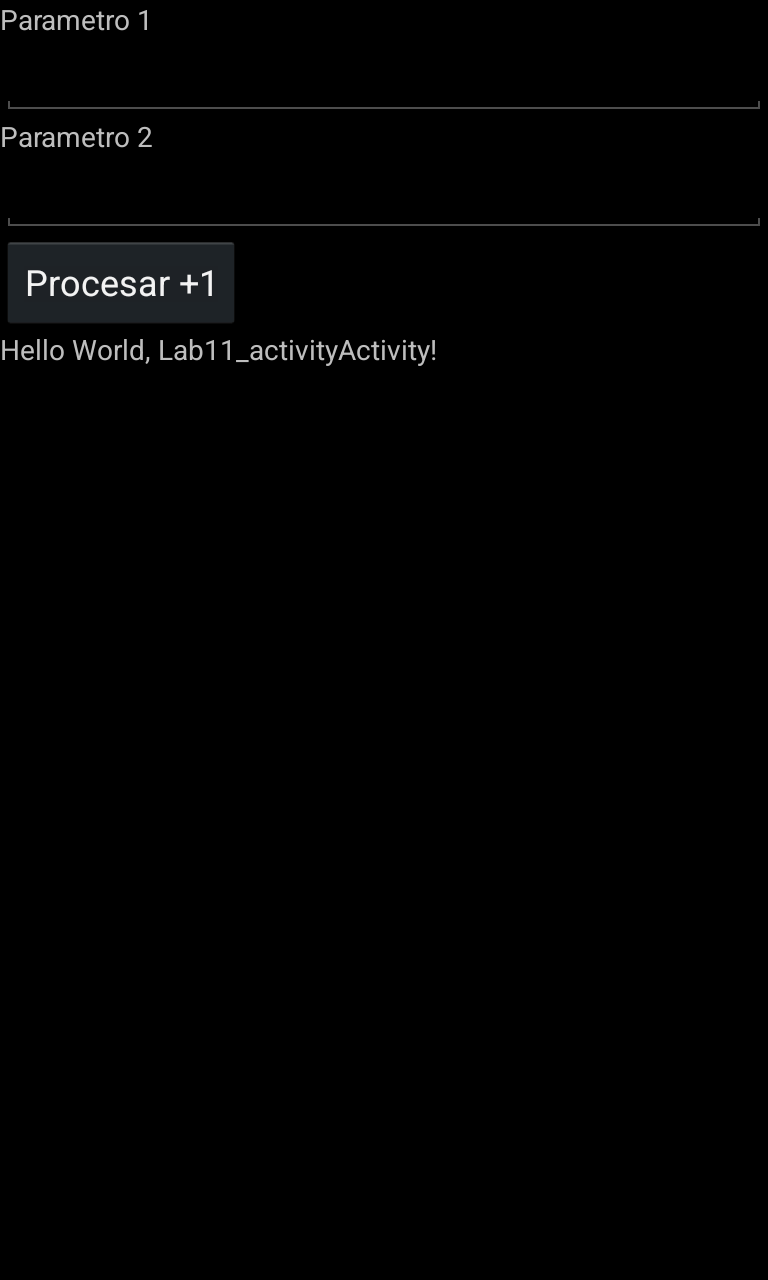
Repository: dorisserruto/un_exercises
Layout: javaandroid/Recursos/workspace-profe/lab11_activity/res/layout/main.xml
The author's editor kept a copy of each file at every save. The layout is drawn from the files as they stood at one save, then again after the next save.
It is drawn on a 768 x 1280 px phone screen (xhdpi) without system bars, with theme android:Theme.Holo; the app's code is not run.

Above is the layout before, as saved 2012-06-24 00:16:00.

After the next save:
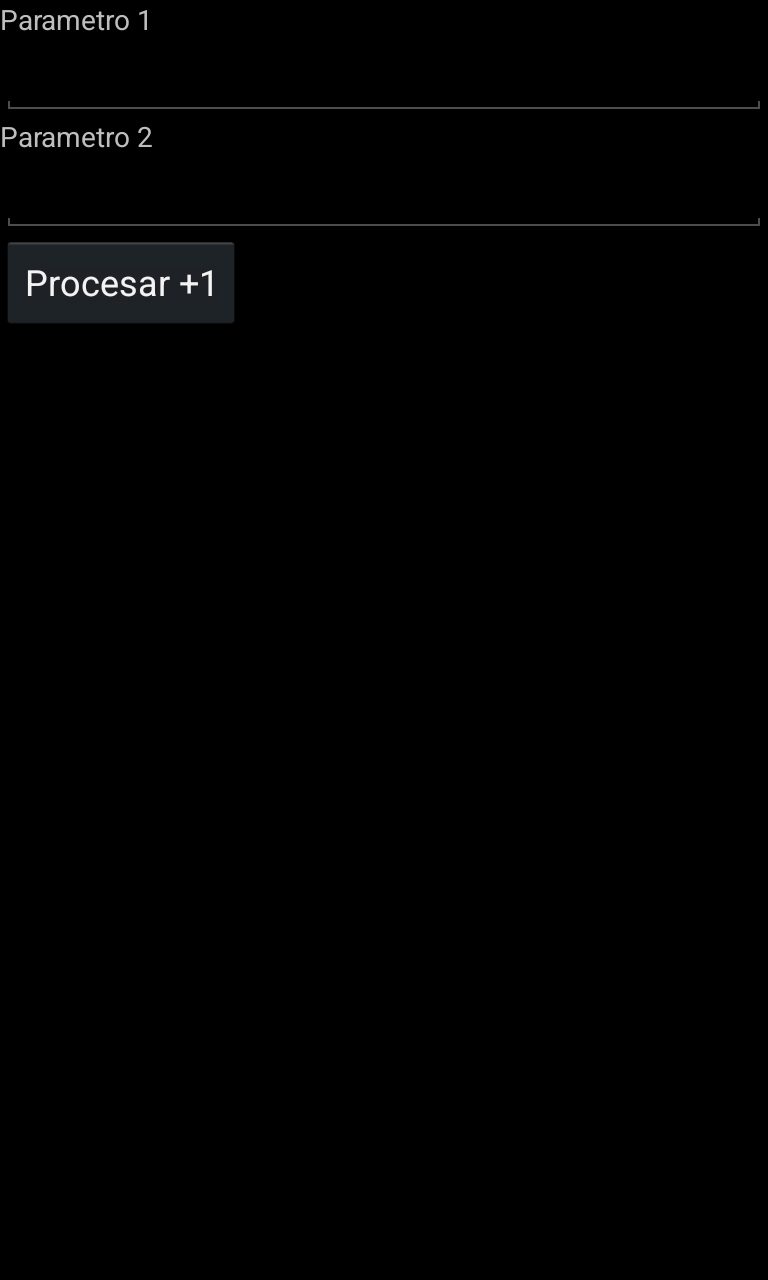
Saved 45 s later.
--- a/javaandroid/Recursos/workspace-profe/lab11_activity/res/layout/main.xml
+++ b/javaandroid/Recursos/workspace-profe/lab11_activity/res/layout/main.xml
@@ -42,6 +42,6 @@
         android:id="@+id/tvResultado"
         android:layout_width="fill_parent"
         android:layout_height="wrap_content"
-        android:text="@string/hello" />
+        android:text="" />
 
 </LinearLayout>
